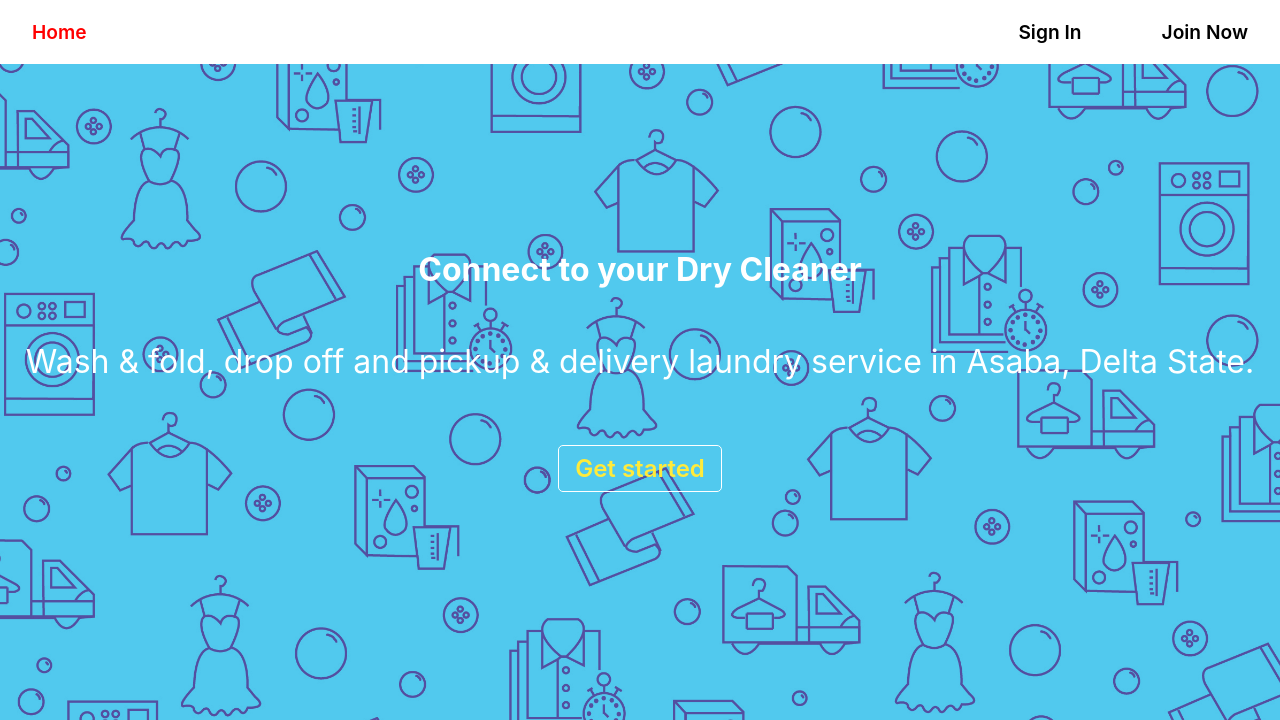
Repository: MikkyPrestige/fake-user-authentication
Page: /
The author's editor kept a copy of each file at every save. The page is drawn from the files as they stood at one save, then again after the next save.
The browser window is 1280 px wide. The pictures show the whole page.
The project was rebuilt for these pictures with package versions that can differ from the ones it lists, and the page was loaded fresh each time.

Above is the page before, as saved 2022-11-19 23:00:54.

After the next save:
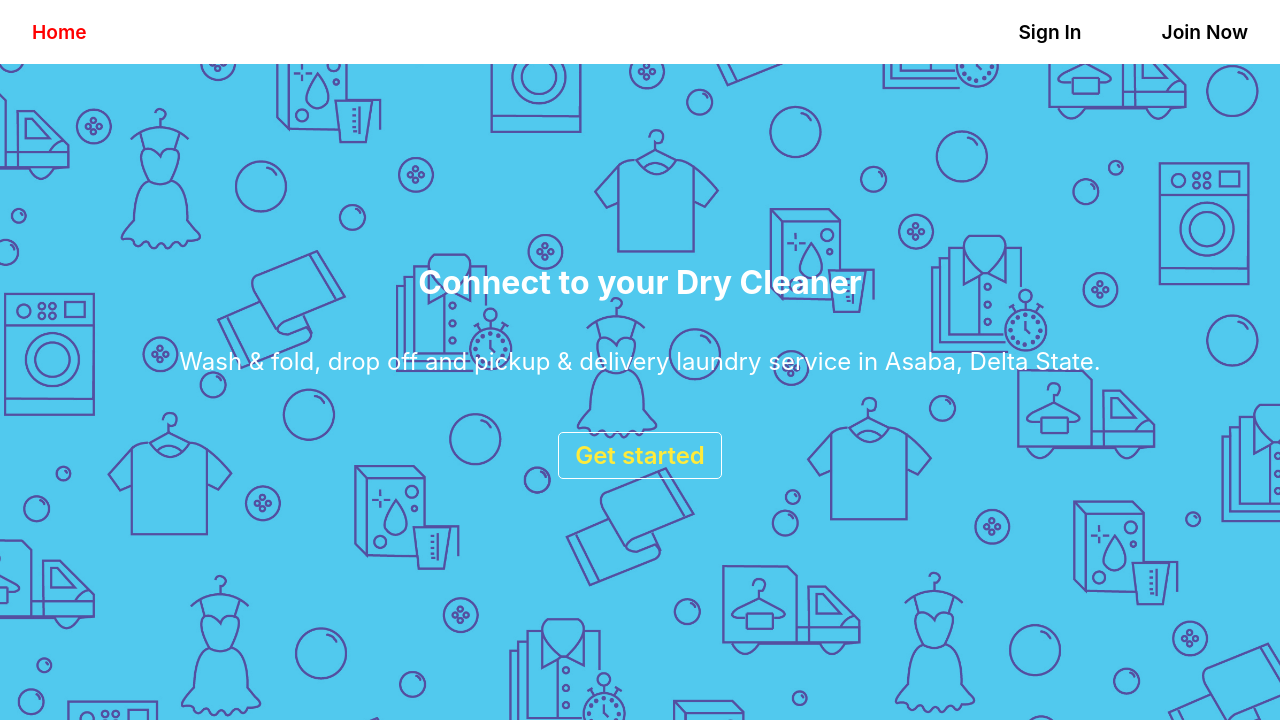
Saved 11 s later.
--- a/src/assets/styles/home.css
+++ b/src/assets/styles/home.css
@@ -17,7 +17,7 @@
 }
 
 .home__description {
-  font-size: 2rem;
+  font-size: 1.5rem;
 }
 
 .home__link {
